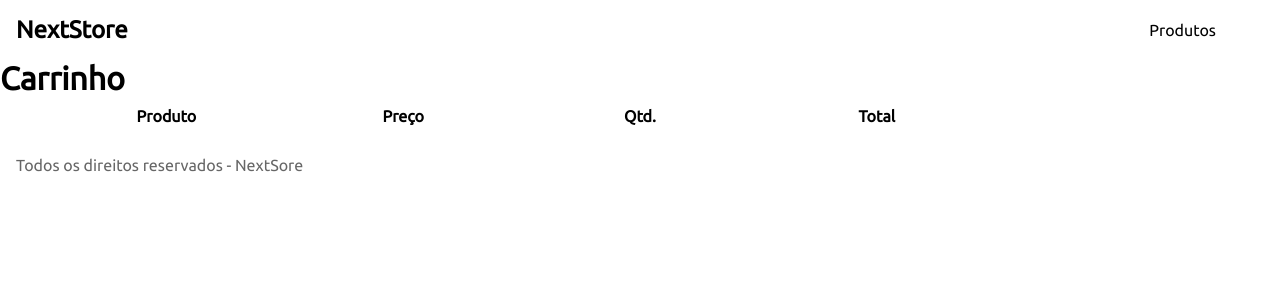
Repository: leonardoweiss/storeNext
Page: /cart
An editor plug-in stored every save of this project. The page is shown before and after a run of saves, followed by the edit.
The browser window is 1280 px wide. The pictures show the whole page.
The project was rebuilt for these pictures with package versions that can differ from the ones it lists, and the page was loaded fresh each time. The framework's server and built-in components were replaced by stand-ins that run in the browser. Also part of the build but not shown: next.config.js.

Above is the page before, as saved 2024-01-17 21:17:49.

### src/pages/_app.jsx
import '@/styles/globals.css'
import { CartContextProvider } from '@/hooks/useCart'

export default function App({ Component, pageProps }) {
  return (
    <CartContextProvider>
      <Component {...pageProps} />
    </CartContextProvider>
  )
}

### src/pages/_document.jsx
import Footer from '@/components/Footer'
import Header from '@/components/Header'
import { Html, Head, Main, NextScript } from 'next/document'

export default function Document() {
  return (
    <Html lang="pt-br">
      <Head>
        <title>NextStore</title>
        <meta name="description" content="Loja fictícia para projeto Next" />
        <meta name="viewport" content="width=device-width, initial-scale=1" />
        <link rel="icon" href="/favicon.ico" />
        <script src="https://kit.fontawesome.com/fcba8eb07f.js" crossorigin="anonymous"></script>
      </Head>
      <body>
        {/* <Header /> */}
        <Main />
        <NextScript />
        <Footer />
      </body>
    </Html>
  )
}

### src/pages/cart.jsx
import Header from "@/components/Header"
import { useCart } from "@/hooks/useCart"

function Cart() {

    const {cart} = useCart()

    return (
        <>
            <Header />
            <h1>Carrinho</h1>
            <div className="table-cart">
                <header>
                    <div>Produto</div>
                    <div>Preço</div>
                    <div>Qtd.</div>
                    <div>Total</div>
                    <div></div>
                </header>
                <section>
                    {cart.map(el => (
                        <>
                            <div>a</div>
                            <div>a</div>
                            <div>a</div>
                            <div>a</div>
                            <div>a</div>
                        </>
                    ))}
                </section>
            </div>
        </>
    )
}

export default Cart

### src/hooks/useCart.jsx
const { createContext, useState, useContext, useEffect } = require("react");

const cartContext = createContext({})

export const CartContextProvider = (props) => {
    const [cart, setCart] = useState([])

    useEffect(() => {
        const storedCart = localStorage.getItem('shopping-cart')

        if (storedCart) {
          setCart(JSON.parse(storedCart))
        }
      }, [])

      const addProduct = (product) => {
        const updatedCart = [...cart, product]
        localStorage.setItem('shopping-cart', JSON.stringify(updatedCart))
        setCart(updatedCart)
      }

      const removeProduct = (productId) => {
        const productIndex = cart.findIndex(product => product.id === productId)

        if (productIndex !== -1) {
          const updatedCart = [...cart]
          updatedCart.splice(productIndex, 1)
          localStorage.setItem('shopping-cart', JSON.stringify(updatedCart))
          setCart(updatedCart)
        }
      }

      return (
        <cartContext.Provider value={{ cart, addProduct, removeProduct }}>
          {props.children}
        </cartContext.Provider>
      )
}

export const useCart = () => useContext(cartContext)

### src/components/Footer.jsx
const { default: Link } = require("next/link");

function Footer() {
    return(
        <>
            <footer>
                <p>Todos os direitos reservados - NextSore</p>
                <div>
                    <a href="https://www.instagram.com/leonardo.sw/"><i class="fa-brands fa-instagram"></i></a>
                    <a href="https://github.com/leonardoweiss"><i class="fa-brands fa-github"></i></a>
                    <a href="https://www.linkedin.com/in/leonardo-weiss-145aa1233/"><i class="fa-brands fa-linkedin"></i></a>
                </div>
            </footer>
        </>
    )
}

export default Footer

### src/components/Header.jsx
import Link from "next/link";

export default function Header() {
    return(
        <>
            <header className="header-main">
                <Link href="/"><h2>NextStore</h2></Link>
                <nav>
                    <Link href="/products">Produtos</Link>
                    <Link href="/cart"><i class="fa-solid fa-cart-shopping"></i></Link>
                </nav>
            </header>
        </>
    )
}

Loaded but not shown: src/styles/globals.css (common file)

After the next 2 saves:
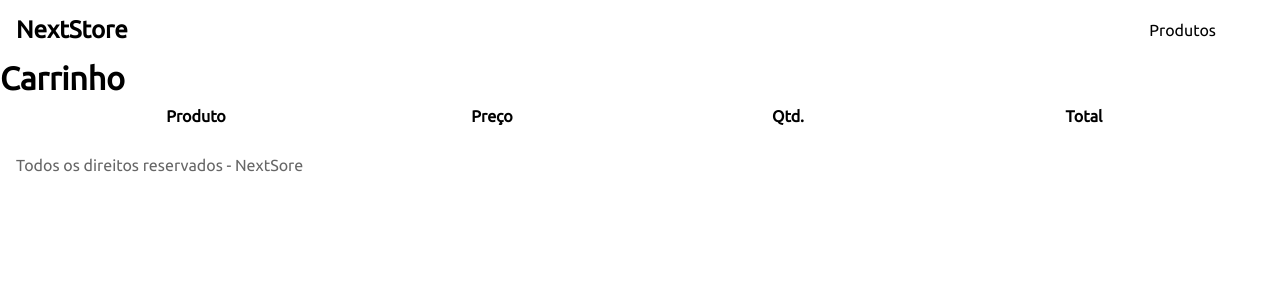
The 2 saves are shown as one change because they came seconds apart.
The last was saved 18 s later.
--- a/src/pages/cart.jsx
+++ b/src/pages/cart.jsx
@@ -15,12 +15,10 @@ function Cart() {
                     <div>Preço</div>
                     <div>Qtd.</div>
                     <div>Total</div>
-                    <div></div>
                 </header>
                 <section>
                     {cart.map(el => (
                         <>
-                            <div>a</div>
                             <div>a</div>
                             <div>a</div>
                             <div>a</div>
